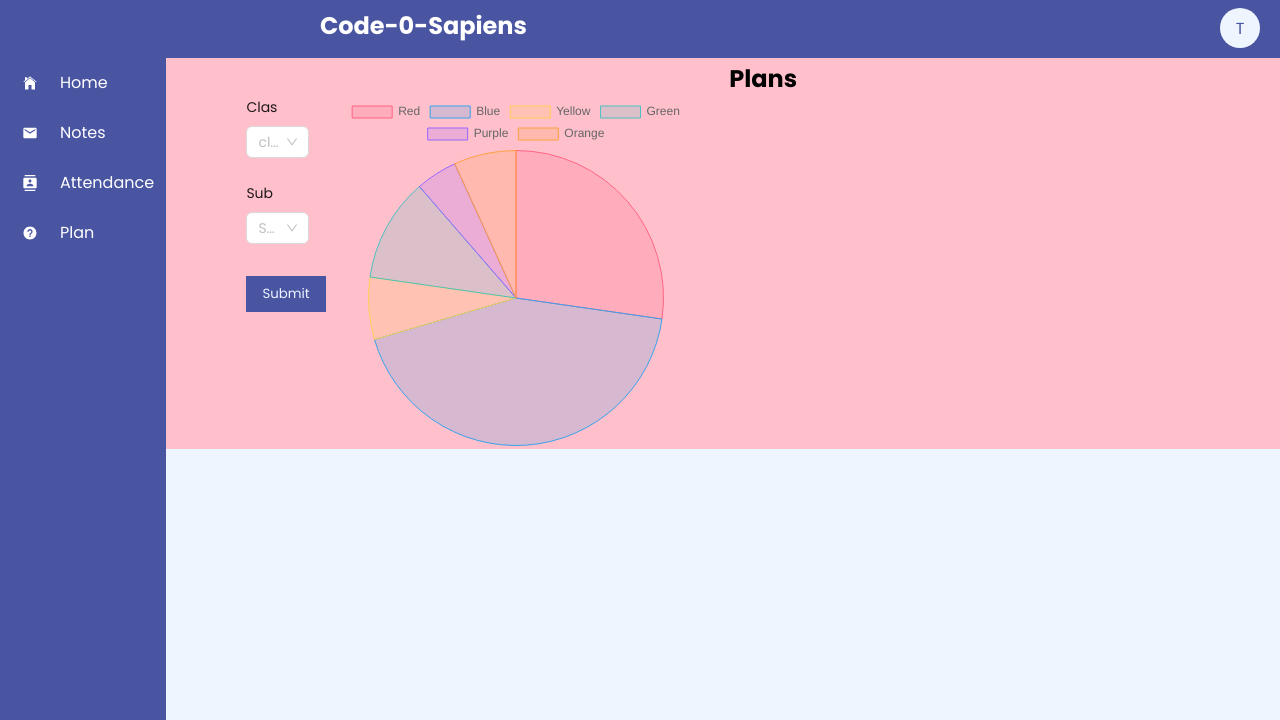
Repository: sinchana-P/code-0-sapiens
Page: /plans (app in client/)
The author's editor kept a copy of each file at every save. The page is drawn from the files as they stood at one save, then again after the next save.
The browser window is 1280 px wide. The pictures show the whole page.
The project was rebuilt for these pictures with package versions that can differ from the ones it lists, and the page was loaded fresh each time. Also part of the build but not shown: client/src/components/auth/login/FormLayoutLogin.jsx, client/src/components/auth/login/Login.jsx, client/src/components/auth/register/FormLayoutRegister.jsx, client/src/components/auth/register/Register.jsx, client/src/components/homeScene/Home.jsx, client/src/components/notes/Notes.jsx, client/src/components/attendance/Attendance.jsx, client/src/components/profile/Profile.jsx and 5 more.

Above is the page before, as saved 2024-03-01 07:37:13.

### client/public/index.html
<!DOCTYPE html>
<html lang="en">
  <head>
    <meta charset="utf-8" />
    <link rel="icon" href="%PUBLIC_URL%/favicon.ico" />
    <meta name="viewport" content="width=device-width, initial-scale=1" />
    <meta name="theme-color" content="#000000" />
    <meta
      name="description"
      content="Web site created using create-react-app"
    />
    <link rel="apple-touch-icon" href="%PUBLIC_URL%/logo192.png" />
    <!--
      manifest.json provides metadata used when your web app is installed on a
      user's mobile device or desktop. See https://developers.google.com/web/fundamentals/web-app-manifest/
    -->
    <link rel="manifest" href="%PUBLIC_URL%/manifest.json" />
    <!--
      Notice the use of %PUBLIC_URL% in the tags above.
      It will be replaced with the URL of the `public` folder during the build.
      Only files inside the `public` folder can be referenced from the HTML.

      Unlike "/favicon.ico" or "favicon.ico", "%PUBLIC_URL%/favicon.ico" will
      work correctly both with client-side routing and a non-root public URL.
      Learn how to configure a non-root public URL by running `npm run build`.
    -->
    <link rel="preconnect" href="https://fonts.googleapis.com">
<link rel="preconnect" href="https://fonts.gstatic.com" crossorigin>
<link href="https://fonts.googleapis.com/css2?family=Poppins:ital,wght@0,100;0,200;0,300;0,400;0,500;0,600;0,700;0,800;0,900;1,100;1,200;1,300;1,400;1,500;1,600;1,700;1,800;1,900&display=swap" rel="stylesheet">
    <title>Code-0-Sapiens</title>
  </head>
  <body>
    <noscript>You need to enable JavaScript to run this app.</noscript>
    <div id="root"></div>
    <!--
      This HTML file is a template.
      If you open it directly in the browser, you will see an empty page.

      You can add webfonts, meta tags, or analytics to this file.
      The build step will place the bundled scripts into the <body> tag.

      To begin the development, run `npm start` or `yarn start`.
      To create a production bundle, use `npm run build` or `yarn build`.
    -->
  </body>
</html>

### client/src/index.js
import React from 'react';
import ReactDOM from 'react-dom/client';
import './index.css';
import App from './App';
import reportWebVitals from './reportWebVitals';
import { BrowserRouter } from 'react-router-dom'
import { apiSlice } from './api/apiSlice';
import {ApiProvider} from '@reduxjs/toolkit/query/react'

const root = ReactDOM.createRoot(document.getElementById('root'));
root.render(
  <BrowserRouter>
    <React.StrictMode>
      <ApiProvider api={apiSlice}>
        <App />
      </ApiProvider>
    </React.StrictMode>
  </BrowserRouter>,
);

// If you want to start measuring performance in your app, pass a function
// to log results (for example: reportWebVitals(console.log))
// or send to an analytics endpoint. Learn more: https://bit.ly/CRA-vitals
reportWebVitals();

### client/src/App.jsx

import './App.css';
import { useState } from 'react';
import { Routes, Route } from 'react-router-dom'
import Login from './components/auth/login/Login'
import Register from './components/auth/register/Register';
import Topbar from './components/global/topbar/Topbar';
import Sidebar from './components/global/sidebar/Sidebar';
import Home from './components/homeScene/Home';
import Notes from './components/notes/Notes';
import Plans from './components/plans/Plans';
import Attendance from './components/attendance/Attendance';
import Profile from './components/profile/Profile';
import StudentSidebar from './components/global/sidebar/StudentSidebar';
import StdHome from './components/stdHome/StdHome';
import StdAttendance from './components/stdAttendance/StdAttendance'
import StdNotes from './components/stdNotes/StdNotes';
import StdDoubts from './components/stdDoubts/StdDoubts';

function App() {
  const [userRole, setUserRole] = useState('Teacher')

  return (
    <div className="App">
      <div className='app-container'>

      <Topbar userRole={userRole}/>

        <div className='main-content'>
          <div className='left-content-container'>

          {
            userRole === 'Teacher' ? (<Sidebar /> ) : (<StudentSidebar /> )
          }

          </div>
          <div className='right-content-container'>
            <Routes>
              <Route path='/login' element={ <Login/> } />
              <Route path='/register' element={ <Register/> } />
              <Route path='/home' element={ <Home/> } />
              <Route path='/notes' element={ <Notes/> } />
              <Route path='/attendance' element={ <Attendance/> } />
              <Route path='/plans' element={ <Plans/> } />
              {/* <Route path='/profile' element={ <Profile/> } /> */}
              <Route path='/student' element={ <StdHome/> } />
              <Route path='/student/attendance' element={ <StdAttendance/> } />
              <Route path='/student/attendance' element={ <StdNotes/> } />
              <Route path='/student/attendance' element={ <StdDoubts/> } />
            </Routes>
          </div>
        </div>
      </div>

    </div>
  );
}

export default App;

### client/src/api/apiSlice.js
import {createApi,fetchBaseQuery} from '@reduxjs/toolkit/query/react'


export const apiSlice = createApi({
       reducerPath:"api",
       baseQuery:fetchBaseQuery({baseUrl:""}),
       tagTypes:['auth', 'student'],
       endpoints:(builder)=>({
        register: builder.mutation({
            query: (data) => ({
                url: '/register',
                method: "POST",
                body: data
            }),
            invalidatesTags:['auth']
        }),
        login: builder.mutation({
            query: (data) => ({
                url: '/login',
                method: "POST",
                body: data
            }),
            invalidatesTags:['auth']
        }),
            //   getTodos:builder.query({
            //          query:()=>'/auth',
            //          transformResponse: (res: Todo[]) =>  {
            //                 // Ensure res is an array before sorting
            //                 console.log(res);

            //                 if (Array.isArray(res)) {
            //                     return res.sort((a, b) => b.id - a.id);
            //                 } else {
            //                     return res;
            //                 }
            //             },

            //          providesTags:['todos']
            //   }),
            //   addTodo:builder.mutation({
            //          query:(todo)=>({
            //                 url:'/todos',
            //                 method:"POST",
            //                 body:todo
            //          }),
            //          invalidatesTags:['todos']
            //   }),
            //   updateTodo:builder.mutation({
            //          query:(todo)=>({
            //                 url:/todos/${todo.id},
            //                 method:'PATCH',
            //                 body:todo
            //          }),
            //          invalidatesTags:['todos']
            //   }),
            //   deleteTodo:builder.mutation({
            //          query:(id)=>({

            //                 url:/todos/${id},
            //                 method:'DELETE',
            //                 body:id
            //          }),
            //          invalidatesTags:['todos']
            //   })

       })
})

export const { useRegisterMutation,useLoginMutation } = apiSlice

### client/src/App.css
@import url('https://fonts.googleapis.com/css2?family=Poppins:ital,wght@0,100;0,200;0,300;0,400;0,500;0,600;0,700;0,800;0,900;1,100;1,200;1,300;1,400;1,500;1,600;1,700;1,800;1,900&display=swap');

* {
  font-family: "Poppins", sans-serif;
}

/* --- */
.full-width-container {
  width: 100%;
  display: flex;
  justify-content: center;
  align-items: center;
}
/* --- */

.right-content-container {
  background-color: #EEF5FF;
  display: flex;
  align-items: start;
  justify-content: center;
}

.app-container {
  display: flex;
  flex-direction: column;
}

.main-content {
  display: flex;
  flex-direction: row;
}

.left-content-container {
  width: 13vw;
}

.right-content-container {
  width: 87vw;

}

### client/src/components/global/topbar/Topbar.jsx
import React, {useState} from 'react'
import './Topbar.css'

const Topbar = ({userRole}) => {
  // const [userRole, setUserRole] = useState('Teacher')

  return (
    <div className='topbar-container'>
        <h2 style={{textAlign: 'left'}} className='logo-text'>Code-0-Sapiens</h2>

        <div className='profile-div'>
          {userRole === 'Teacher' ? 'T' : (userRole === 'Student' ? 'S' : '')}
        </div>
    </div>
  )
}

export default Topbar

### client/src/components/global/sidebar/Sidebar.jsx
import './Sidebar.css'
import { SidebarData } from './SidebarData';
import { Link, NavLink } from 'react-router-dom';


const Sidebar=()=> {
  return (
    <div className='sidebar'>
       <ul className='sidebarList'>
        {
        SidebarData.map((value,key)=>{
            return (
              <NavLink to={value.route} key={key} className='row' >
                <div id='icon'>{value.icon}</div>
                <div id='title'>{value.title}</div>
              </NavLink>
            )
        })
        }
       </ul>
    </div>
  )
}

export default Sidebar

### client/src/components/plans/Plans.jsx
import React, {useState} from 'react';
import { Form, Select, Checkbox } from 'antd';
import './Plans.css'
import { Chart as ChartJS, ArcElement, Tooltip, Legend } from 'chart.js';
import { Pie } from 'react-chartjs-2';


const SidebarData = [
  {
    cls_id: '8',
    sub_id: '1',
    mod_id: 'Module 1',
    chp_id: 'Chapter 1',
    completed: true
  },
  {
    cls_id: '8',
    sub_id: '1',
    mod_id: 'Module 1',
    chp_id: 'Chapter 2',
    completed: false
  },
  {
    cls_id: '8',
    sub_id: '1',
    mod_id: 'Module 1',
    chp_id: 'Chapter 3',
    completed: true
  },
  {
    cls_id: '8',
    sub_id: '1',
    mod_id: 'Module 1',
    chp_id: 'Chapter 4',
    completed: false
  },
  {
    cls_id: '8',
    sub_id: '1',
    mod_id: 'Module 1',
    chp_id: 'Chapter 5',
    completed: true
  },
  {
    cls_id: '8',
    sub_id: '1',
    mod_id: 'Module 2',
    chp_id: 'Chapter 1',
    completed: false
  },
  {
    cls_id: '8',
    sub_id: '1',
    mod_id: 'Module 2',
    chp_id: 'Chapter 2',
    completed: true
  },
  {
    cls_id: '8',
    sub_id: '1',
    mod_id: 'Module 2',
    chp_id: 'Chapter 3',
    completed: true
  },
  {
    cls_id: '8',
    sub_id: '1',
    mod_id: 'Module 2',
    chp_id: 'Chapter 4',
    completed: true
  },
  {
    cls_id: '8',
    sub_id: '1',
    mod_id: 'Module 2',
    chp_id: 'Chapter 5',
    completed: true
  }
];

const CheckboxGroup = Checkbox.Group;
ChartJS.register(ArcElement, Tooltip, Legend);

const Plans = () => {

    const [isSubmit, setIsSubmit] = useState(false)

    const data = {
      labels: ['Red', 'Blue', 'Yellow', 'Green', 'Purple', 'Orange'],
      datasets: [
        {
          label: '# of Votes',
          data: [12, 19, 3, 5, 2, 3],
          backgroundColor: [
            'rgba(255, 99, 132, 0.2)',
            'rgba(54, 162, 235, 0.2)',
            'rgba(255, 206, 86, 0.2)',
            'rgba(75, 192, 192, 0.2)',
            'rgba(153, 102, 255, 0.2)',
            'rgba(255, 159, 64, 0.2)',
          ],
          borderColor: [
            'rgba(255, 99, 132, 1)',
            'rgba(54, 162, 235, 1)',
            'rgba(255, 206, 86, 1)',
            'rgba(75, 192, 192, 1)',
            'rgba(153, 102, 255, 1)',
            'rgba(255, 159, 64, 1)',
          ],
          borderWidth: 1,
        },
      ],
    };

  // Grouping chapters by module
  const groupedChapters = SidebarData.reduce((acc, curr) => {
    const { mod_id, chp_id } = curr;
    if (!acc[mod_id]) {
      acc[mod_id] = [];
    }
    acc[mod_id].push(chp_id);
    console.log('acc');
    console.log(acc);
    return acc;
  }, {});

  const handleSubmit = () => {
    setIsSubmit(true)
  }

  return (
    <div className='plans-main'>
      <h2 className='heading'>Plans</h2>

         <div className='plans-container'>
            <div>
                <Form
                layout="vertical"
                name="basic"
                labelCol={{ span: 8 }}
                wrapperCol={{ span: 16 }}
                style={{ maxWidth: 600 }}
                initialValues={{ remember: true }}
                autoComplete="off"
            >
                <Form.Item label="Class" rules={[{ required: true, message: 'Please select class!' }]}>
                <Select placeholder="class">
                    <Select.Option value="class8">Class 8</Select.Option>
                    <Select.Option value="class9">Class 9</Select.Option>
                    <Select.Option value="class10">Class 10</Select.Option>
                </Select>
                </Form.Item>
                <Form.Item label="Sub" rules={[{ required: true, message: 'Please select class!' }]}>
                <Select placeholder="Subject">
                    <Select.Option value="maths">Maths</Select.Option>
                    <Select.Option value="science">Science</Select.Option>
                    <Select.Option value="social">Social</Select.Option>
                </Select>
                </Form.Item>
            </Form>

            <button onClick={handleSubmit}>Submit</button>

                <div>
                    {isSubmit && (
                        <>
                        {Object.keys(groupedChapters).map((module, index) => (

                          <div key={index} className='module-chapters-checkbox'>
                          <h3>{module}</h3>
                          <CheckboxGroup>
                              {groupedChapters[module].map((chapter, i) => (
                              <Checkbox checked key={i} value={chapter} style={{width: '1200px'}} >
                                  {chapter}
                              </Checkbox>
                              ))}
                          </CheckboxGroup>

                          </div>

                      ))}
                      <button>Update Plan</button>
                        </>
                    )}
                </div>
            </div>

            <div style={{width:'350px', height: '350px'}} className='pie-container'>
              <Pie
                data={data}
                width={50}
                height={50}
              />
            </div>
         </div>





    </div>



  );
}

export default Plans;

### client/src/components/auth/login/Login.css
.login-container{
    padding: 1rem 0;
    /* background-color: pink; */
    width: 50vw;

}

h2 {
    text-align: center;
    margin-left: 20rem;
}

### client/src/components/auth/register/Register.css
.register-container{
    padding: 1rem 0;
    /* background-color: pink; */
    width: 50vw;

}

h2 {
    text-align: center;
    margin-left: 20rem;
}

### client/src/components/global/topbar/Topbar.css
.topbar-container {
    background-color: #4A55A2;
    min-width: 95vw;
    height: 4rem;
    display: flex;
    flex-direction: row;
    justify-content: space-between;
}

.profile-div {
    background-color: #EEF5FF;
    color: #4a55a2;
    width: 40px;
    height: 40px;
    border-radius: 50%;
    display: flex;
    justify-content: center;
    align-items: center;
    margin-top: 8px;
    margin-right: 20px;
}

.logo-text {
    color: white;
    /* text-align: center; */
    margin-top: 0.5rem;
}

### client/src/components/global/sidebar/Sidebar.css
*{
    margin: 0;
    padding: 0;
  }
  .App{
    width: 100vw;
    height: 100vh;
    display: flex;
  }

  .sidebar{
    height: 92vh;
    width: 200px;
    background-color: #4A55A2;
  }

  .sidebarList{
    height: auto;
    width: 100%;
    padding: 0;
  }

  .sidebarList .row{
    width: 100%;
    height: 50px;
    list-style-type: none;
    margin: 0;
    display: flex;
    flex-direction: row;
    color: white;
    justify-content: center;
    align-items: center;
    text-decoration: none;
  }

  .sidebarList .row:hover{
    cursor: pointer;
    background-color: #EEF5FF;
    color: black;

  }

  .row #icon{
    flex: 30%;
    display: grid;
    place-items: center;
  }

  .row #title{
    flex: 70%;
  }

  .row .active {
    background-color: #EEF5FF;
    color: black;
  }

### client/src/components/global/sidebar/SidebarData.js
import { IoIosHome,IoMdHelpCircle } from "react-icons/io";
import { MdEmail,MdContacts } from "react-icons/md";
import { FaRegCalendarCheck } from "react-icons/fa";


export const SidebarData=[
       {
              title:"Home",
              icon:<IoIosHome />,
              route:"/"
       },
       {
              title:"Notes",
              icon:<MdEmail />,
              route:"/notes"
       },
       {
              title:"Attendance",
              icon:<MdContacts />,
              route:"/attendance"
       },
       {
              title:"Plan",
              icon:<IoMdHelpCircle />,
              route:"/plans"
       },
       // {
       //        title:"Profile",
       //        icon:<FaRegCalendarCheck />,
       //        route:"/profile"
       // },
]

### client/src/components/notes/Notes.css
.notes-main {
    width: 87vw;
}

.heading {
    margin-left: 28rem;
}

.notes-container{
    margin: 1rem 18rem;
}

.notes-form-container {
    padding: 1rem 0;
}

.notes-upload-main {
    display: flex;
    flex-direction: row;
}


.notes-upload-container {
    display: flex;
    flex-direction: column;
}

.notes-pdf, .notes-link {
    display: flex;
    flex-direction: row;
    padding: 0.5rem 0;
}

.notes-upload-container {
    padding: 0rem 1rem;
}

p{
    font-weight: bold;
}

### client/src/components/plans/Plans.css
.plans-main{
    width: 90vw;
    padding: 0.2rem 5rem;
    background-color: pink;
    /* max-height: 90vh; */

}

.module-chapters-checkbox {
    display: flex;
    flex-direction: column;
    justify-content: start;
}

.heading {
    margin-left: 5rem;
}

.plans-container {
    display: flex;
    flex-direction: row;
    /* justify-content: space-evenly; */

}

### client/src/components/attendance/Attendance.css
.attendance-main {
    /* background-color: pink; */
    width: 80vw;
}

.attendance-class {
    /* background-color: pink; */
}

.attendance-class-inputs-container {
    display: flex;
    flex-direction: row;
    min-width: 80vw;
}

.attendance-class-each {
    width: 15rem;
    margin: 2rem;
}

button {
    background-color: #4a55a2;
    color: #EEF5FF;
    border: none;
    padding: 0.5rem 1rem;
    margin: 0.5rem 0;
}

button:hover {
    background-color: #b9cae3;
    color: #4a55a2;
    cursor: pointer;
}

### client/src/components/global/sidebar/StudentSidebarData.js
import { IoIosHome,IoMdHelpCircle } from "react-icons/io";
import { MdEmail,MdContacts } from "react-icons/md";
import { FaRegCalendarCheck } from "react-icons/fa";


export const StudentSidebarData=[
       {
              title:"Home",
              icon:<IoIosHome />,
              route:"/student"
       },
       {
              title:"Attendance",
              icon:<MdEmail />,
              route:"/student/attendance"
       },
       {
              title:"Notes",
              icon:<MdContacts />,
              route:"/student/notes"
       },
       {
              title:"Doubts",
              icon:<IoMdHelpCircle />,
              route:"/student/doubts"
       },
       // {
       //        title:"Profile",
       //        icon:<FaRegCalendarCheck />,
       //        route:"/profile"
       // },
]

### client/src/components/stdAttendance/StdAttendance.css
.attendance-main {
    /* background-color: pink; */
    width: 87vw;
    padding: 1rem 20rem;
}

.attendance-class {
    /* background-color: pink; */
}

.attendance-class-inputs-container {
    display: flex;
    flex-direction: row;
    min-width: 80vw;
}

.attendance-class-each {
    width: 15rem;
    margin: 2rem;
}

button {
    background-color: #4a55a2;
    color: #EEF5FF;
    border: none;
    padding: 0.5rem 1rem;
    margin: 0.5rem 0;
}

button:hover {
    background-color: #b9cae3;
    color: #4a55a2;
    cursor: pointer;
}

.header {
    margin: 1rem 5rem;
}

Loaded but not shown: client/src/index.css (common file); client/src/reportWebVitals.js (common file)

After the next save:
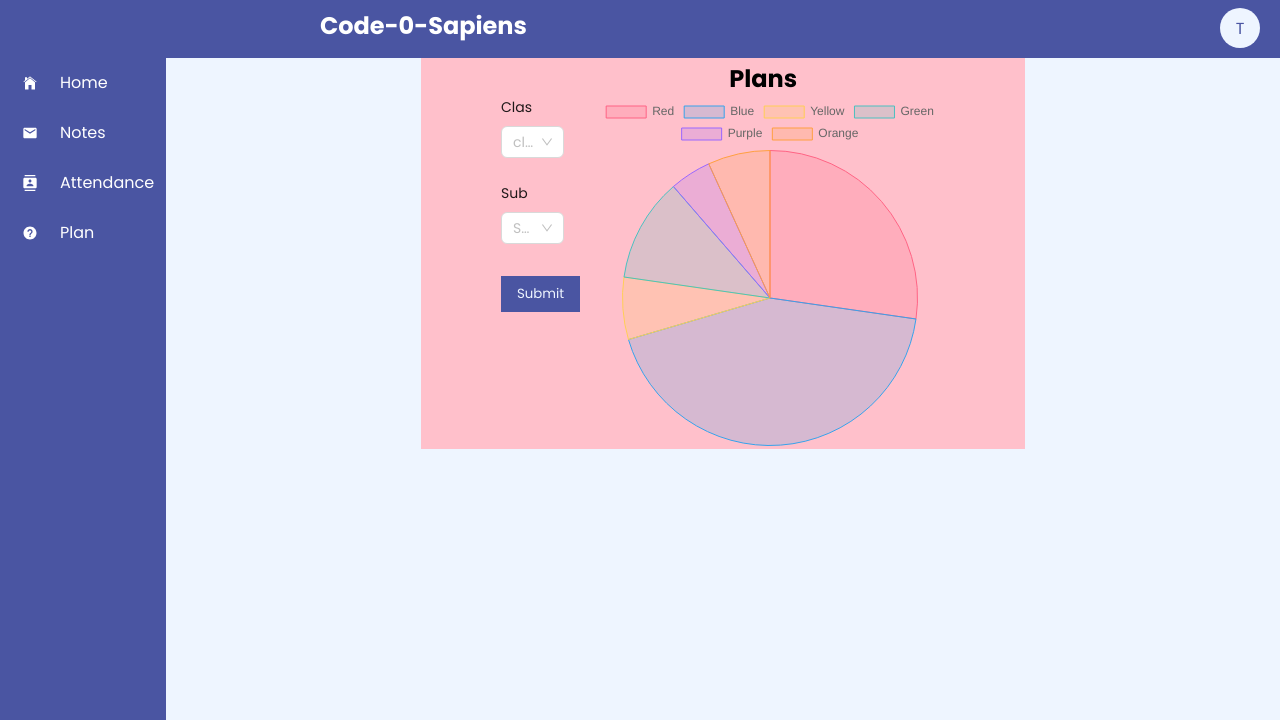
Saved 7 s later.
--- a/client/src/components/plans/Plans.css
+++ b/client/src/components/plans/Plans.css
@@ -1,5 +1,5 @@
 .plans-main{
-    width: 90vw;
+    /* width: 90vw; */
     padding: 0.2rem 5rem;
     background-color: pink;
     /* max-height: 90vh; */
